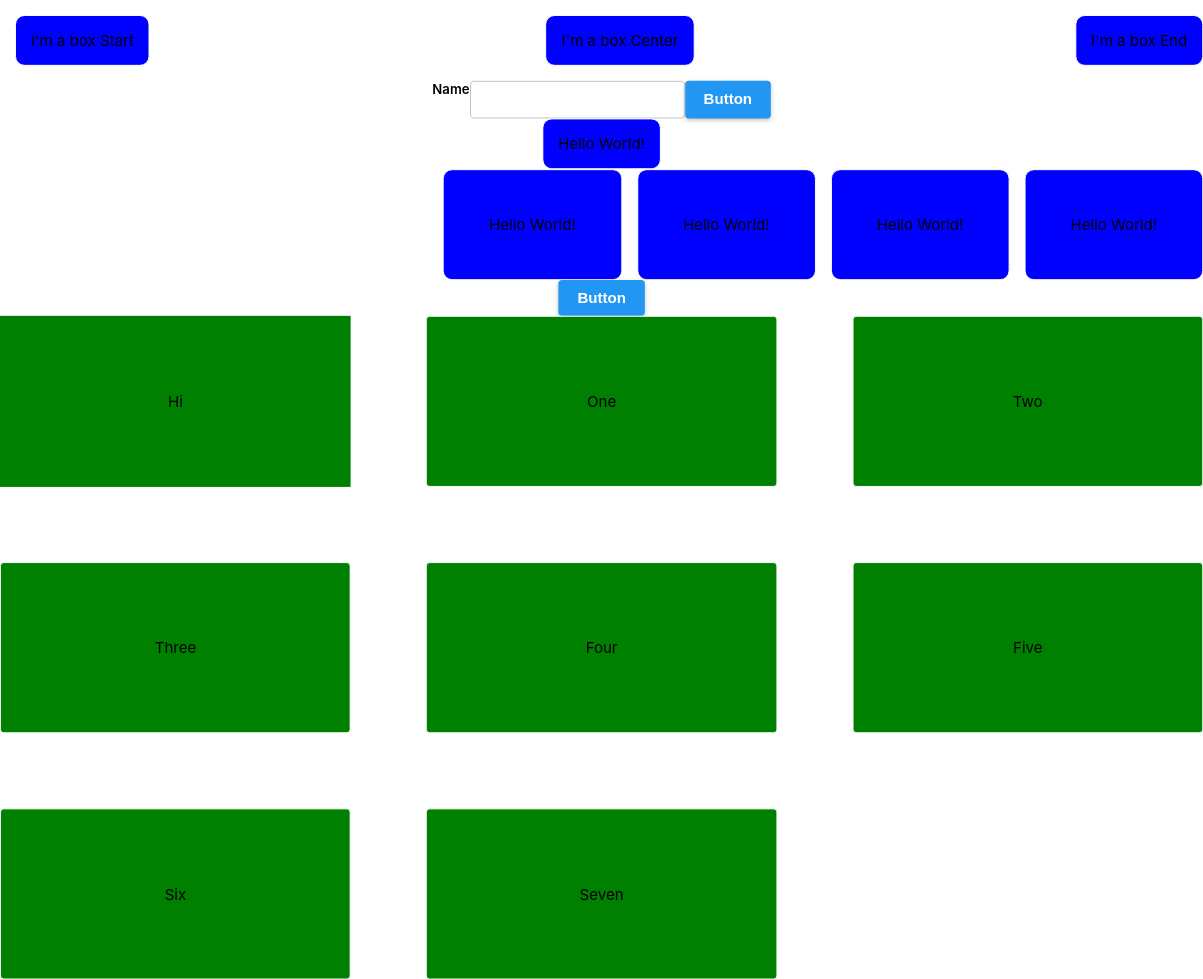
Repository: roistyx/react
Page: /layouts (app in layouts-app/)
The author's editor kept a copy of each file at every save. The page is drawn from the files as they stood at one save, then again after the next save.
The browser window is 1280 px wide. The pictures show the whole page, at 94% of full size.
The project was rebuilt for these pictures with package versions that can differ from the ones it lists, and the page was loaded fresh each time. Also part of the build but not shown: layouts-app/src/components/Cards/BasicCard.js, layouts-app/src/components/Components.css, layouts-app/src/components/Components.js.

Above is the page before, as saved 2023-05-03 09:32:25.

### layouts-app/src/index.js
import React from 'react';
import ReactDOM from 'react-dom/client';
import { BrowserRouter } from 'react-router-dom';

import './index.css';
import App from './App';
import reportWebVitals from './reportWebVitals';

const root = ReactDOM.createRoot(document.getElementById('root'));
root.render(
	<BrowserRouter>
		<App />
	</BrowserRouter>
);

// If you want to start measuring performance in your app, pass a function
// to log results (for example: reportWebVitals(console.log))
// or send to an analytics endpoint. Learn more: https://bit.ly/CRA-vitals
reportWebVitals();

### layouts-app/src/App.js
import React, { Component } from 'react';
import { Route, Routes } from 'react-router-dom';

import { Between, SpaceEvenly, Center, FlexEnd } from './layouts/Line';
import { Btn } from './elements/Btn';
import { Rows } from './layouts/Line';
import SearchField from './elements/TextField';
import { AlignCenter } from './layouts/Line';
import { Box } from './layouts/Box';
import { Grid } from './layouts/Grid';
import Components from './components/Components';
import Layouts from './layouts/Layouts';

export default function App() {
	return (
		<div>
			<Routes>
				<Route path="layouts" element={<Layouts />} />
				<Route path="/components" element={<Components />} />
			</Routes>
		</div>
	);
}

### layouts-app/src/layouts/Line.js
import './Line.css';

export const Line = ({ children, addClass }) => {
	return <div className={`Line ${addClass || ''}`}>{children}</div>;
};

export const FlexEnd = (props) => {
	return <Line {...props} addClass="flex-end" />;
};

export const Between = (props) => {
	return <Line {...props} addClass="between" />;
};

export const Center = (props) => {
	return <Line {...props} addClass="center" />;
};

export const SpaceEvenly = (props) => {
	return <Line {...props} addClass="evenly" />;
};

export const Rows = (props) => {
	return <Line {...props} addClass="rows" />;
};

export const AlignStart = ({ children }) => {
	return <div className="AlignStart">{children}</div>;
};

export const AlignCenter = ({ children }) => {
	return <div className="AlignCenter">{children}</div>;
};

### layouts-app/src/elements/Btn.js
import { Button } from '@mui/material';
import './Btn.css';
export const Btn = ({ children }) => {
	return (
		<button className="Btn">
			<span>{children}</span>{' '}
		</button>
		// <Button variant="contained" color="primary">
		// 	{' '}
		// 	<span>{children}</span>{' '}
		// </Button>
	);
};

### layouts-app/src/elements/TextField.js
import '../elements/TextField.css';
import React from 'react';
import { Btn } from '../elements/Btn.js';
import { TextField } from '@mui/material';

const SearchField = () => {
	return (
		<div>
			<form class="text-field">
				<label for="name">Name</label>
				<input type="text" id="name" name="name" />
				<Btn>Button</Btn>
			</form>
		</div>
	);
};

export default SearchField;

### layouts-app/src/layouts/Box.js
import './Box.css';

export const Box = ({ boxMargin, bgColor, borderRadius, gap, children }) => {
	const style = {
		...(boxMargin ? { '--boxMargin': boxMargin } : {}),
		...(bgColor ? { '--bgColor': 'blue' } : {}),
		...(borderRadius ? { '--border-radius': borderRadius } : {}),
		...(gap ? { '--gap': gap } : {}),
	};

	return (
		<div className="Box" style={style}>
			{children}
		</div>
	);
};

### layouts-app/src/layouts/Grid.js
import './Grid.css';

export const Grid = ({ bgColor, gap, children }) => {
	console.log(bgColor, gap, 'bgColor, gap');
	const style = {
		...(bgColor ? { '--bgColor': bgColor } : {}),
		...(gap ? { '--gap': gap } : {}),
	};
	return (
		<div className="Grid" style={style}>
			{children}
		</div>
	);
};

### layouts-app/src/layouts/Layouts.js
import React from 'react';
import {
	Between,
	SpaceEvenly,
	Center,
	FlexEnd,
	Rows,
	AlignCenter,
} from './Line';
import { Btn } from '../elements/Btn';
import SearchField from '../elements/TextField';
import { Box } from './Box';
import { Grid } from './Grid';

export default function Layouts() {
	return (
		<div>
			<Between>
				<Box bgColor="	#00FFFF" borderRadius="10px" gap="1rem" boxMargin="1rem">
					<span>I'm a box Start</span>
				</Box>
				<Box bgColor="	#00FFFF" borderRadius="10px" gap="1rem">
					<span>I'm a box Center</span>
				</Box>
				<Box bgColor="	#00FFFF" borderRadius="10px" gap="1rem">
					<span>I'm a box End</span>
				</Box>
			</Between>
			<Rows>
				<AlignCenter>
					<SearchField />
				</AlignCenter>
			</Rows>
			<Center>
				<Box bgColor="grey" borderRadius="10px" gap="1rem">
					<span>Hello World!</span>
				</Box>
			</Center>
			<FlexEnd>
				<Box bgColor="pink" borderRadius="10px" gap="3rem">
					<span>Hello World!</span>
				</Box>
				<Box bgColor="pink" borderRadius="10px" gap="3rem">
					<span>Hello World!</span>
				</Box>
				<Box bgColor="pink" borderRadius="10px" gap="3rem">
					<span>Hello World!</span>
				</Box>
				<Box bgColor="pink" borderRadius="10px" gap="3rem">
					<span>Hello World!</span>
				</Box>
			</FlexEnd>
			<Center>
				<Btn>Button</Btn>
			</Center>
			<Grid bgColor="green" gap="5rem">
				<span>Hi</span>
				<Box>One</Box>
				<Box>Two</Box>
				<Box>Three</Box>
				<Box>Four</Box>
				<Box>Five</Box>
				<Box>Six</Box>
				<Box>Seven</Box>
			</Grid>
		</div>
	);
}

### layouts-app/src/layouts/Line.css
.Line {
	display: flex;
	gap: var(--gap);
	height: 100%;
	align-items: center;
}

.Line.flex-end {
	justify-content: flex-end;
}

.Line.between {
	justify-content: space-between;
}

.Line.center {
	justify-content: center;
}

.Line.evenly {
	justify-content: space-evenly;
}

.Line.around {
	justify-content: space-around;
}

.Line.rows {
	flex-direction: column;
	align-items: stretch;
}

.AlignStart {
	align-self: flex-start;
}

.AlignCenter {
	align-self: center;
}

### layouts-app/src/elements/Btn.css
.Btn {
	display: inline-block;
	padding: 10px 20px;
	font-size: 16px;
	font-weight: 600;
	text-align: center;
	text-decoration: none;
	background-color: #2196f3;
	color: #fff;
	border-radius: 4px;
	border: none;
	cursor: pointer;
	box-shadow: 0px 2px 5px rgba(0, 0, 0, 0.25);
	transition: background-color 0.3s ease;
}
.Btn:hover {
	background-color: #0d6ec3;
}

### layouts-app/src/elements/TextField.css
.text-field {
	display: flex;
	flex-direction: row;
}

.text-field label {
	font-size: 14px;
	font-weight: 600;
	margin-bottom: 5px;
}

.text-field input {
	padding: 10px;
	font-size: 16px;
	border-radius: 4px;
	border: 1px solid #bdbdbd;
	transition: border-color 0.3s ease;
}
.text-field input:focus {
	outline: none;
	border-color: #2196f3;
}

### layouts-app/src/layouts/Box.css
.Box {
	background-color: var(--bgColor);
	border: 1px solid var(--border);
	padding: var(--gap);
	margin: var(--boxMargin);
	border-radius: var(--border-radius);
}

### layouts-app/src/layouts/Grid.css
.Grid {
	/* row-gap: var(--gap, 400px); */
	display: grid;
	height: 100%;
	grid-template-rows: 1fr 1fr 1fr;
	grid-template-columns: repeat(3, 1fr);
	/* grid-template-rows: 100px 100px 100px; */
	gap: var(--gap);
}

.Grid > * {
	color: black;
	background-color: var(--bgColor);

	font-size: 16px;
	display: flex;
	align-items: center;
	justify-content: center;
}

/* .Grid > :nth-child(1) {
	background-color: var(--bgColor);
	color: black;
} */

/* .Grid > :nth-child(2) {
}

.Grid > :nth-child(3) {
	background-color: #e1e1e1;
} */

### layouts-app/src/components/Cards/BasicCard.css
:root {
	--background: #fff;
	--border: #fff;
	--gap: 1rem;
	--margin: 0 0 0 0;
	--border-radius: 0.25rem;
}

Loaded but not shown: layouts-app/public/index.html (common file); layouts-app/src/index.css (common file); layouts-app/src/reportWebVitals.js (common file)

After the next save:
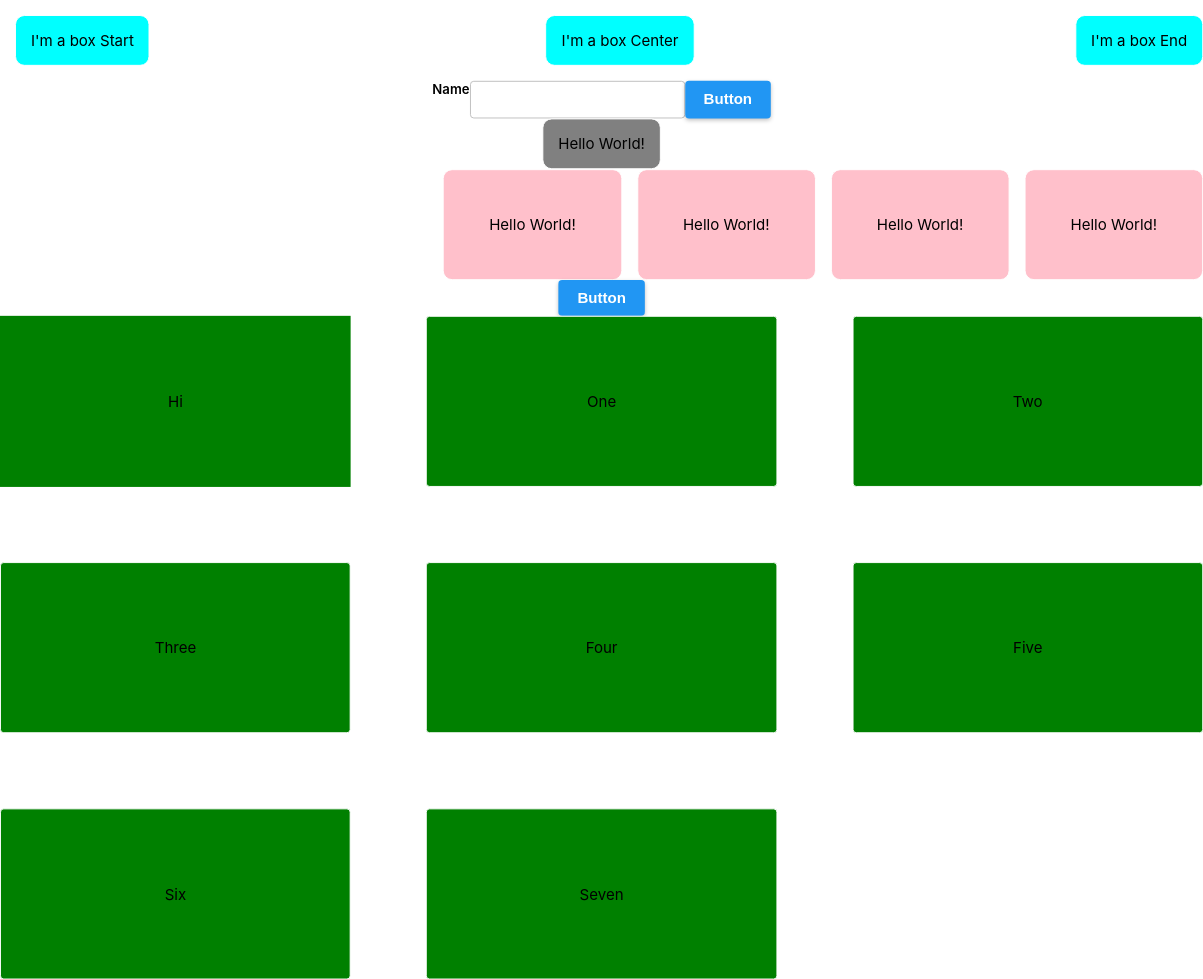
Saved 19 s later.
--- a/layouts-app/src/layouts/Box.js
+++ b/layouts-app/src/layouts/Box.js
@@ -3,7 +3,7 @@ import './Box.css';
 export const Box = ({ boxMargin, bgColor, borderRadius, gap, children }) => {
 	const style = {
 		...(boxMargin ? { '--boxMargin': boxMargin } : {}),
-		...(bgColor ? { '--bgColor': 'blue' } : {}),
+		...(bgColor ? { '--bgColor': bgColor } : {}),
 		...(borderRadius ? { '--border-radius': borderRadius } : {}),
 		...(gap ? { '--gap': gap } : {}),
 	};
